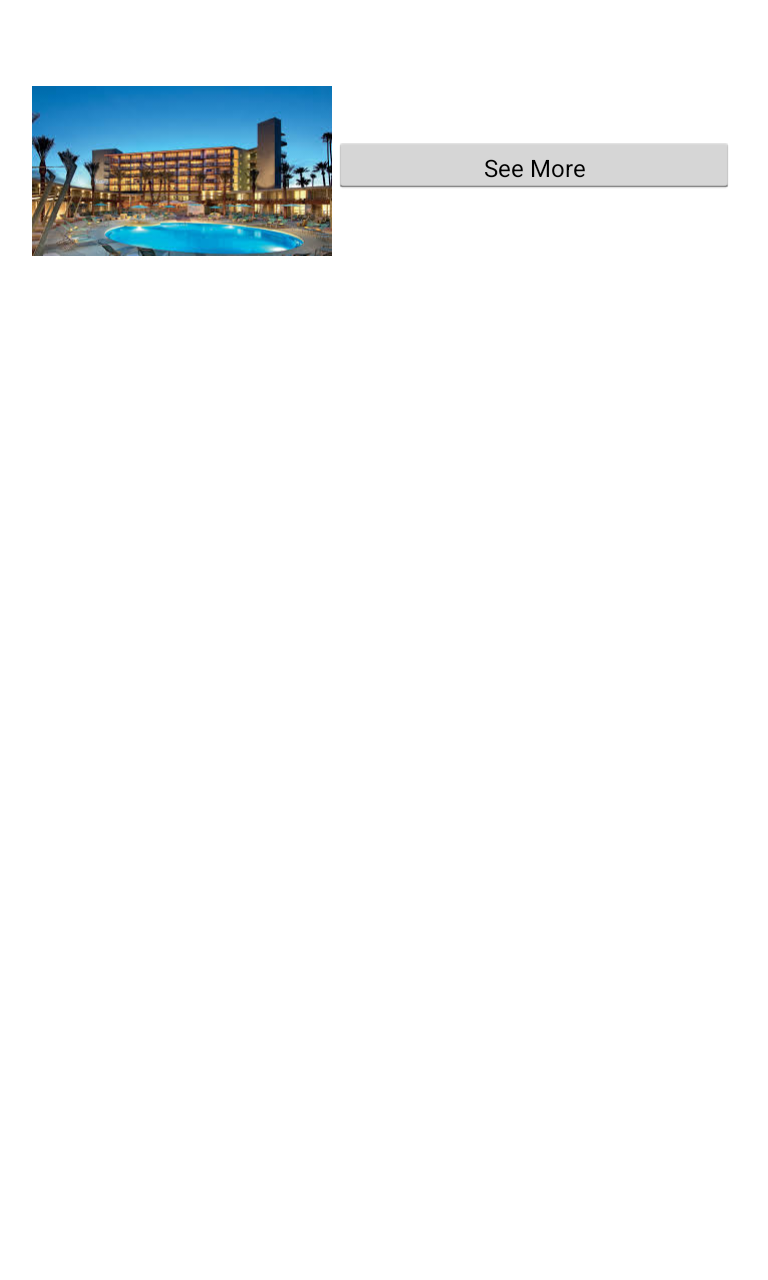
Repository: alyssialui/NCMS
Layout: CodeSprint/HotelLocator/res/layout/activity_featured.xml
These files come from the project's save history. The layout is drawn as it stood at one moment and after the next save; the edit follows.
It is drawn on a 768 x 1280 px phone screen (xhdpi) without system bars, with theme AppTheme; the app's code is not run. Lists and similar views that code fills are empty. The app's manifest (not shown) leaves right-to-left support off. So textAlignment, textDirection and layoutDirection are ignored, and left and right values win over start and end ones.

Above is the layout before, as saved 2013-04-09 02:18:07.

### CodeSprint/HotelLocator/res/layout/activity_featured.xml
<RelativeLayout xmlns:android="http://schemas.android.com/apk/res/android"
    xmlns:tools="http://schemas.android.com/tools"
    android:layout_width="match_parent"
    android:layout_height="match_parent"
    android:paddingBottom="@dimen/activity_vertical_margin"
    android:paddingLeft="@dimen/activity_horizontal_margin"
    android:paddingRight="@dimen/activity_horizontal_margin"
    android:paddingTop="@dimen/activity_vertical_margin"
    tools:context=".FeaturedFragment" >

    <TextView
        android:id="@+id/hotelName"
        android:layout_width="match_parent"
        android:layout_height="wrap_content"
        android:layout_alignParentTop="true"
        android:layout_centerHorizontal="true"
        android:textAlignment="center"
        android:textSize="20sp" />

    <ImageView
        android:id="@+id/imageView1"
        android:layout_width="150dp"
        android:layout_height="85dp"
        android:layout_alignParentLeft="true"
        android:layout_below="@+id/hotelName"
        android:src="@drawable/images" />

    <LinearLayout
        android:layout_width="match_parent"
        android:layout_height="wrap_content"
        android:layout_toRightOf="@+id/imageView1"
        android:layout_below="@+id/hotelName"
        android:orientation="vertical" >

        <TextView
            android:id="@+id/hotelDescription"
            android:layout_width="match_parent"
            android:layout_height="wrap_content"
            android:layout_marginLeft="14dp"
            android:textAppearance="?android:attr/textAppearanceMedium" />

        <Button
            android:id="@+id/button1"
            android:layout_width="match_parent"
            android:layout_height="30dp"
            android:text="See More"
            android:textSize="12sp" />

    </LinearLayout>

    <ListView
        android:id="@android:id/list"
        android:layout_width="match_parent"
        android:layout_height="286dp"
        android:layout_alignLeft="@+id/imageView1"
        android:layout_alignParentBottom="true" >
    </ListView>

</RelativeLayout>

Loaded but not shown: CodeSprint/HotelLocator/res/values/styles.xml (common file); CodeSprint/HotelLocator/res/values-v11/styles.xml (common file); CodeSprint/HotelLocator/res/values-v14/styles.xml (common file); CodeSprint/HotelLocator/res/values/dimens.xml (common file)

After the next save:
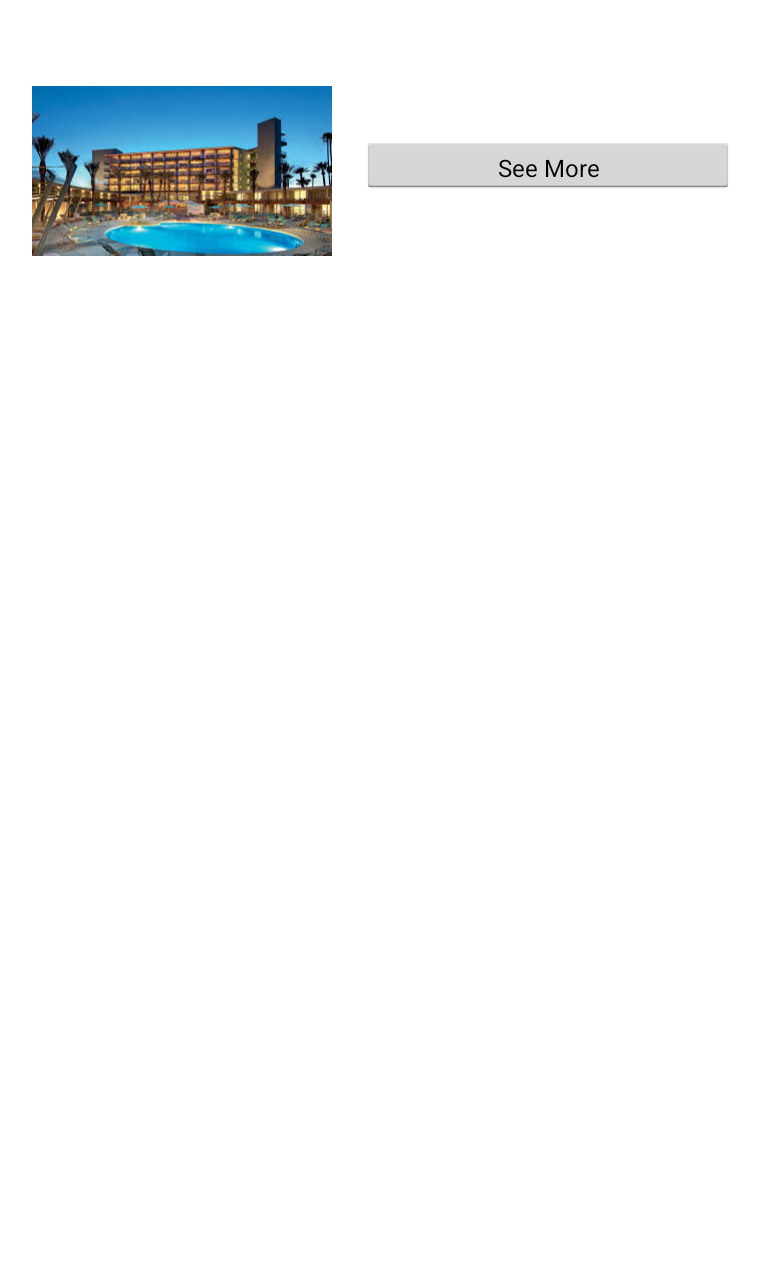
Saved 39 s later.
--- a/CodeSprint/HotelLocator/res/layout/activity_featured.xml
+++ b/CodeSprint/HotelLocator/res/layout/activity_featured.xml
@@ -30,13 +30,13 @@
         android:layout_height="wrap_content"
         android:layout_toRightOf="@+id/imageView1"
         android:layout_below="@+id/hotelName"
+        android:layout_marginLeft="14dp"
         android:orientation="vertical" >
 
         <TextView
             android:id="@+id/hotelDescription"
             android:layout_width="match_parent"
             android:layout_height="wrap_content"
-            android:layout_marginLeft="14dp"
             android:textAppearance="?android:attr/textAppearanceMedium" />
 
         <Button
